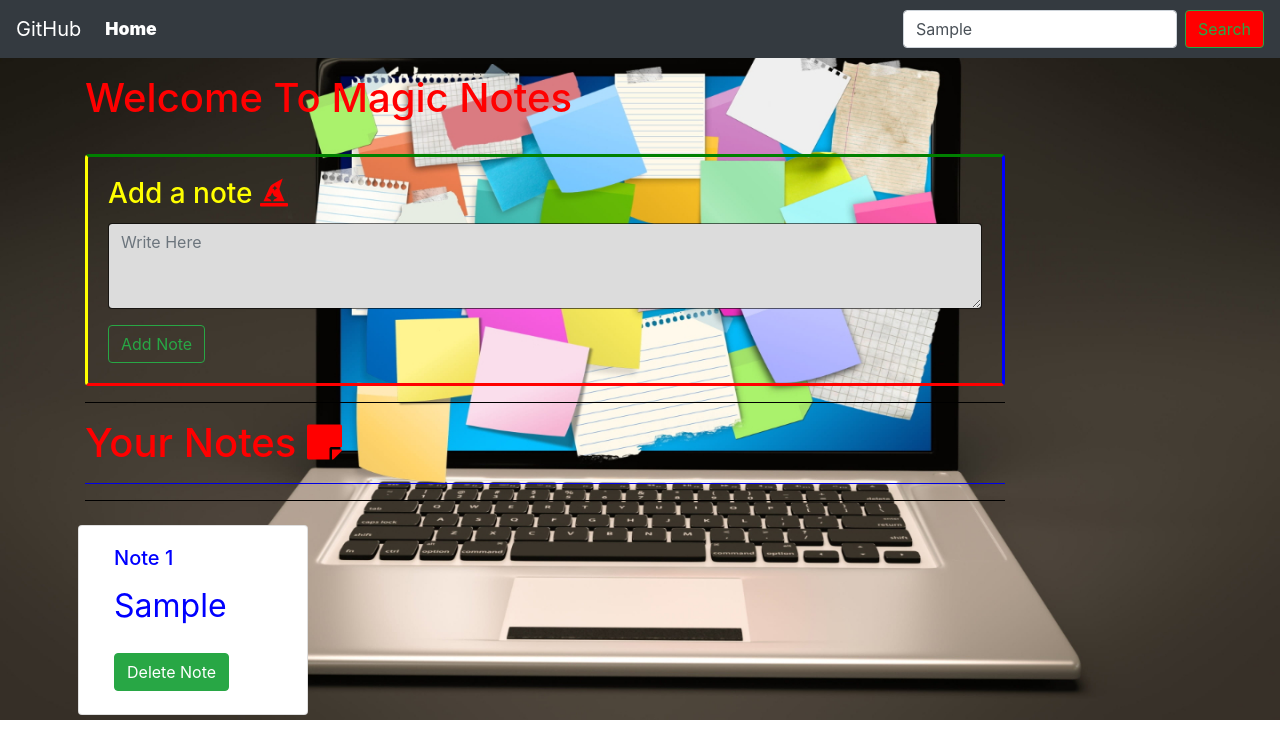
Repository: Prrajainn/Project-MagiCNotes
Page: magicNotes.html
An editor plug-in stored every save of this project. The page is shown before and after a run of saves, followed by the edit.
The browser window is 1280 px wide. The pictures show the whole page.
Empty fields were first filled with sample values (such as "Sample", 5 or name@example.com).
After loading, the first visible `#addBtn` was clicked once.

Above is the page before, as saved 2020-08-11 21:35:16.

### magicNotes.html
<!doctype html>
<html lang="en">

<head>

  <!-- Required meta tags -->
  <meta charset="utf-8">
  <meta name="viewport" content="width=device-width, initial-scale=1, shrink-to-fit=no">

  <!-- Bootstrap CSS -->
  <link rel="stylesheet" href="bootstrap/css/bootstrap.min.css">
  <link rel="stylesheet" href="fontawesome-free-5.13.0-web/css/all.css">
  <link rel="stylesheet" href="CSS/style.css">

  <title> MagiCNotes </title>
  <style>

    body {
      background-image: url("notes2.jpg");

      background-repeat: no-repeat;
      background-size: cover;

      background-attachment: fixed;

    }
  </style>
</head>

<body>

  <nav class="sticky-top navbar navbar-expand-lg navbar-dark bg-dark">
    <a class="navbar-brand" href="https://github.com/Prrajainn">GitHub</a>
    <button class="navbar-toggler" type="button" data-toggle="collapse" data-target="#navbarSupportedContent"
      aria-controls="navbarSupportedContent" aria-expanded="false" aria-label="Toggle navigation">
      <span class="navbar-toggler-icon"></span>
    </button>

    <div class="collapse navbar-collapse" id="navbarSupportedContent">
      <ul class="navbar-nav mr-auto">
        <li class="nav-item active">
          <a class="nav-link" href="magicNotes.html">Home <span class="sr-only">(current)</span></a>
        </li>

      </ul>
      <form class="form-inline my-2 my-lg-0">
        <input class="form-control mr-sm-2" id="searchTxt" type="search" placeholder="Search" aria-label="Search">
        <button style="background-color: red;" class="btn btn-outline-success my-2 my-sm-0"
          type="submit">Search</button>
      </form>
    </div>
  </nav>
  <div class="container my-3">
    <div class="row">
      <div class="col-10">
        <h1 style="color: red">Welcome To Magic Notes</h1>
        <br>
        <div style="border: solid ; background-color: transparent ; border-color:green blue red yellow " class="card">
          <div class="card-body">
            <h3 style="color:yellow;" class="card-title">Add a note <i style="color: red ;"
                class="fas fa-hat-wizard"></i></h3>
            <div class="form-group">

              <textarea placeholder="Write Here"
                style=" border-color: rgba(0, 0, 0, 0.589); background-color: gainsboro; " class="form-control"
                id="addTxt" rows="3"></textarea>
            </div>
            <button class="btn btn-outline-success" id="addBtn">Add Note </button>
          </div>
        </div>
        <hr color="black">
        <h1 style="color: red;">Your Notes <i style="color: red;" class="fas fa-sticky-note"></i></h1>
        <hr color="blue">
        <hr color="black">
        <div id="notes" class="row container-fluid"></div>
      </div>

    </div>
  </div>






    <script src="bootstrap/js/jquery-3.4.1.slim.min.js"></script>
    <script src="bootstrap/js/popper.min.js"></script>
    <script src="bootstrap/js/bootstrap.min.js"></script>
    <script src="app.js"></script>

</body>

</html>

### CSS/style.css
#topheader{
    background-color : blue;
    border-bottom: px solid black;
}
#nocolo{
    color: black;
}
.container-fluid{
    padding-left: 0%;
    padding-right: 0%;
}
nav ul li a{

    font-size: 1.1rem;
    font-weight: 1000 ;
}
/*START OF FOOTER*/
.full-footer{
    background-color:#1e3799;
    width: 100%;
}
.top-footer p{
    color: white;
}
.top-footer a{
 font-weight: 600;
    color: whitesmoke;
}
.top-footer h3{
    color: white;
}
.bottom-footer{
    background-color:teal;
}
.bottom-footer p{
    color: white;
}
/* End of footer*/
.myimage{
    width: 50%;
}
.top-hero{
    background-color: salmon;
}
.sea{
  animation-fill-mode: both;
}

### app.js

console.log("Welcome to notes app. This is app.js");
// Pehle hi show notes islie kiya taaki hamesha pehle dikhaye refresh hone ke baad bhi page
showNotes();

// If user adds a note, add it to the localStorage
let addBtn = document.getElementById("addBtn");
addBtn.addEventListener("click", function(e) {

  let addTxt = document.getElementById("addTxt");
  let notes = localStorage.getItem("notes");
  if (notes == null) {
    notesObj = [];
  } else {
    notesObj = JSON.parse(notes);
  }
  notesObj.push(addTxt.value);
  localStorage.setItem("notes", JSON.stringify(notesObj));
  addTxt.value = "";
//   console.log(notesObj);
  showNotes();
});

// Function to show elements from localStorage
function showNotes() {
  let notes = localStorage.getItem("notes");
  if (notes == null) {
    notesObj = [];
  } else {
    notesObj = JSON.parse(notes);
  }
  let html = "";
  notesObj.forEach(function(element, index) { // element maane andar ka content
    html += `
            <div class="noteCard my-2 mx-2 card col-3" style="width: 18rem;">
                    <div class="card-body">
                        <h5 class="card-title">Note ${index + 1}</h5>
                        <p class="card-text"> ${element}</p>
                        <button id="${index}"onclick="deleteNote(this.id)" class="btn btn-success">Delete Note</button>
                    </div>
                </div>`;
  });
  let notesElm = document.getElementById("notes");
  if (notesObj.length != 0) {
    notesElm.innerHTML = html;
  } else {//notesElm.setAttribute('style','color: blue' );
  notesElm.setAttribute('style','font-size: 200% ; color: blue' );
    notesElm.innerHTML = `  Nothing to show! Use "Add a Note" section above to add notes.`;
  }
}

// Function to delete a note
function deleteNote(index) {
//   console.log("I am deleting", index);

  let notes = localStorage.getItem("notes");
  if (notes == null) {
    notesObj = [];
  } else {
    notesObj = JSON.parse(notes);
  }

  notesObj.splice(index, 1);
  localStorage.setItem("notes", JSON.stringify(notesObj)); // update kar rhe hein
  showNotes();// firse show kar rhe hein
}


let search = document.getElementById('searchTxt');
search.addEventListener("input", function(){

    let inputVal = search.value.toLowerCase();
    // console.log('Input event fired!', inputVal);
    let noteCards = document.getElementsByClassName('noteCard');
    Array.from(noteCards).forEach(function(element){
        let cardTxt = element.getElementsByTagName("p")[0].innerText;
        if(cardTxt.includes(inputVal)){
            element.style.display = "block";
        }
        else{
            element.style.display = "none";
        }
        // console.log(cardTxt);
    })
})

/*
Further Features:
1. Add Title
2. Mark a note as Important
3. Separate notes by user
4. Sync and host to web server
*/

Loaded but not shown: bootstrap/css/bootstrap.min.css (library); fontawesome-free-5.13.0-web/css/all.css (library); bootstrap/js/jquery-3.4.1.slim.min.js (library); bootstrap/js/popper.min.js (library); bootstrap/js/bootstrap.min.js (library)

After the next 2 saves:
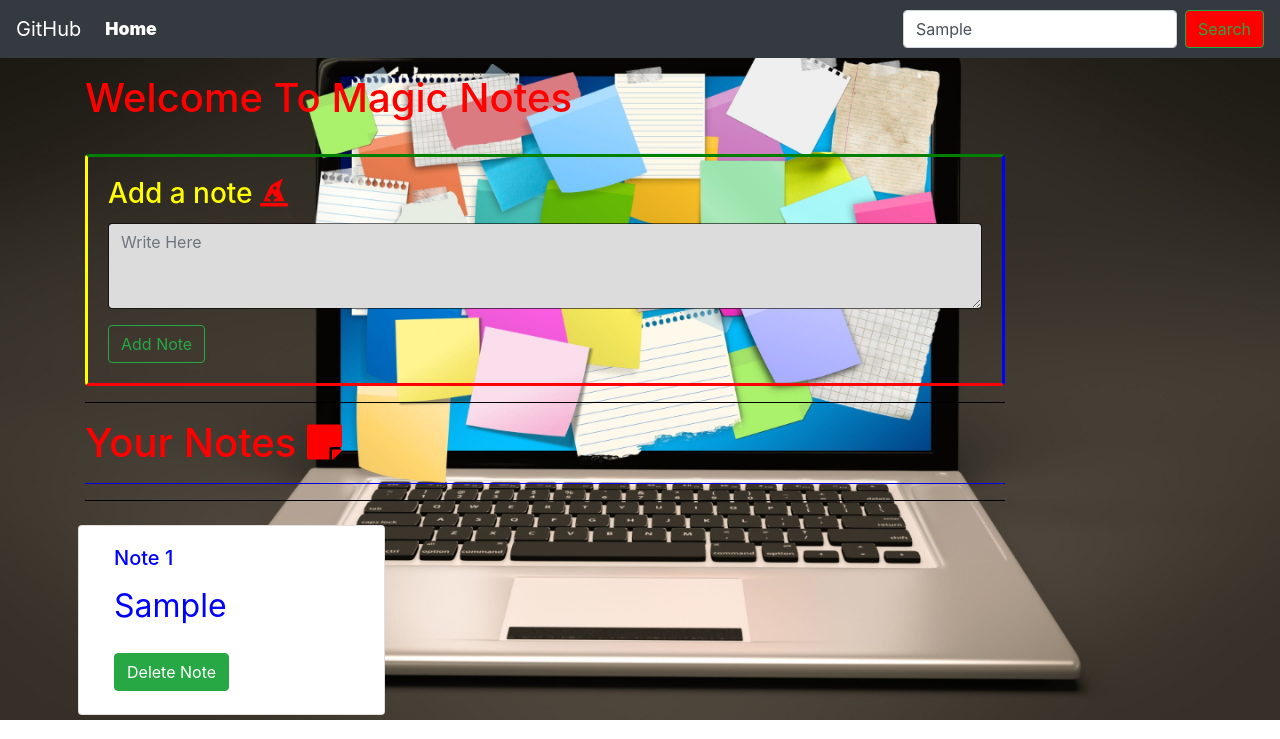
The 2 saves are shown as one change because they came seconds apart.
The last was saved 16 s later.
--- a/app.js
+++ b/app.js
@@ -32,7 +32,7 @@ function showNotes() {
   let html = "";
   notesObj.forEach(function(element, index) { // element maane andar ka content
     html += `
-            <div class="noteCard my-2 mx-2 card col-3" style="width: 18rem;">
+            <div class="noteCard my-2 mx-2 card col-4" style="width: 18rem;">
                     <div class="card-body">
                         <h5 class="card-title">Note ${index + 1}</h5>
                         <p class="card-text"> ${element}</p>
